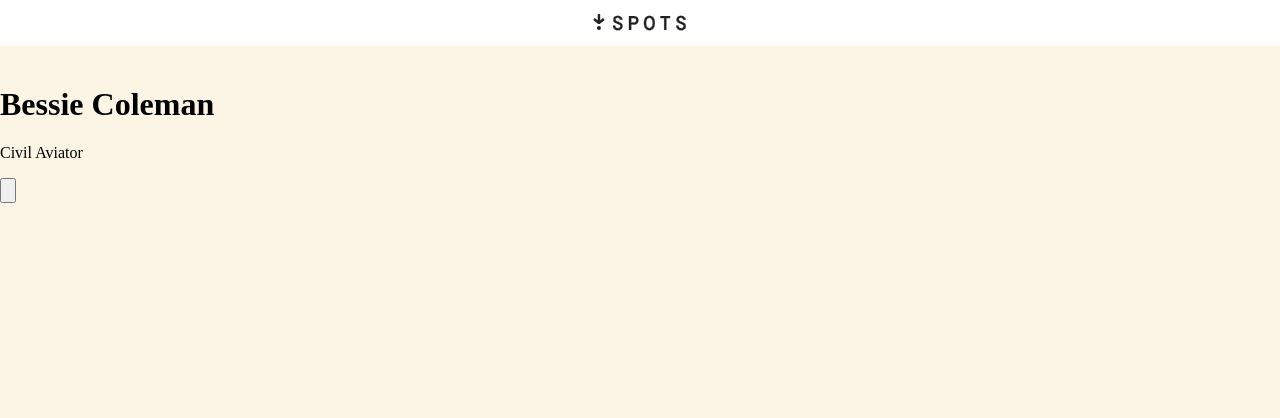
Repository: riffey55/se_project_spots
Page: index.html
An editor plug-in stored every save of this project. The page is shown before and after the next save, followed by the edit.
The browser window is 1280 px wide. The pictures show the whole page.

Above is the page before, as saved 2025-05-19 14:29:38.

### index.html
<!DOCTYPE html>
<html lang="en">
  <head>
    <meta charset="UTF-8" />
    <meta name="viewport" content="width=device-width, initial-scale=1.0" />
    <meta name="description" content="????" />
    <meta name="author" content="Beren Riffey" />
    <meta name="keywords" content="HTML, CSS. ??" />
    <link rel="stylesheet" href="./pages/index.css" />
    <link rel="icon" type="image/x-icon" href="favicon.ico" />
    <title>Spots</title>
  </head>
  <body>
    <div class="page">
      <header class="header">
        <img src="./images/Logo.svg" alt="Spot logo" class="header__logo" />
      </header>
      <main class="content">
        <section class="profile">
          <img src="" alt="" class="profile__avatar" />
          <div class="profile__column">
            <h1 class="profile__name">Bessie Coleman</h1>
            <p class="profile__description">Civil Aviator</p>
          </div>
          <button class="profile__edit-btn">
            <img src="" alt="" class="" />
          </button>
        </section>
      </main>
      <footer class="footer"></footer>
    </div>
  </body>
</html>

### pages/index.css
@import url(..vendor/normalize.css);
@import url(../blocks/header.css);
@import url(../blocks/page.css);

### blocks/page.css
.page {
  background-color: #fcf5e5;
  min-height: 100vh;
}

Loaded but not shown: vendor/normalize.css (library); blocks/header.css (common file)

After the next save:
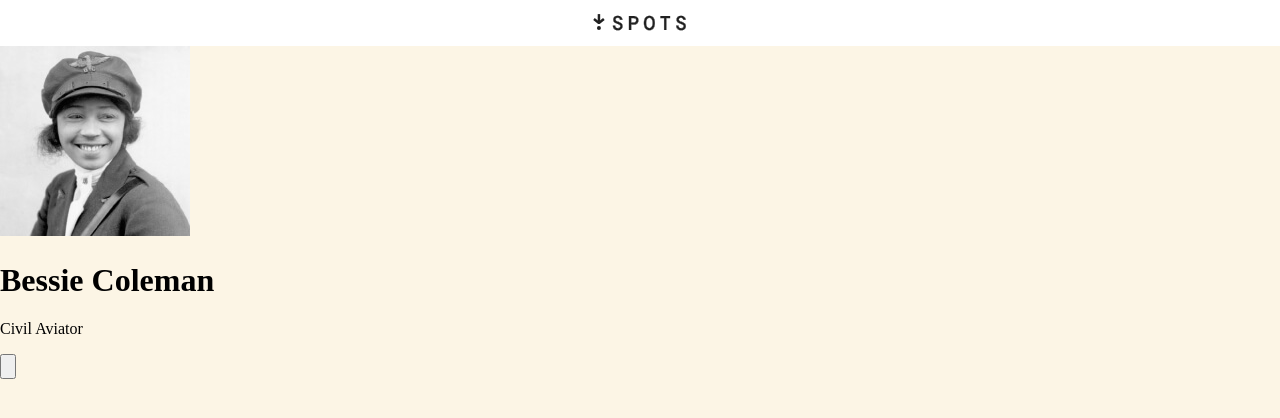
Saved 10 min 32 s later.
--- a/index.html
+++ b/index.html
@@ -17,7 +17,11 @@
       </header>
       <main class="content">
         <section class="profile">
-          <img src="" alt="" class="profile__avatar" />
+          <img
+            src="./images/avatar.jpg"
+            alt="Current user's avatar"
+            class="profile__avatar"
+          />
           <div class="profile__column">
             <h1 class="profile__name">Bessie Coleman</h1>
             <p class="profile__description">Civil Aviator</p>
